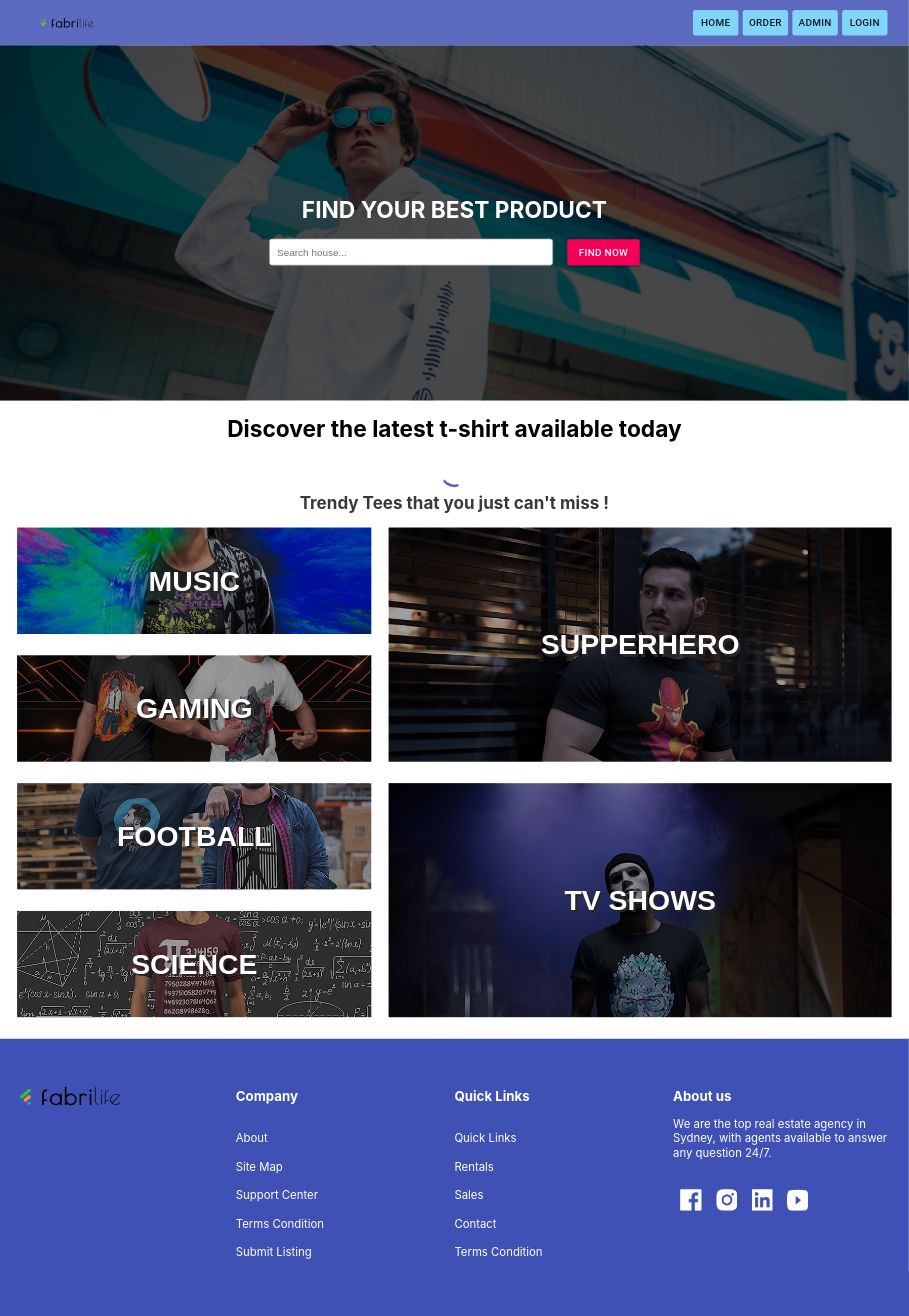
Repository: arif286/fabrilife-E-commerce-client-site
Page: /
These files come from the project's save history. The page is drawn as it stood at one moment and after the next save; the edit follows.
The browser window is 1280 px wide. The pictures show the whole page, at 71% of full size.
The page's requests for data from a server got no answer. The project was rebuilt for these pictures with package versions that can differ from the ones it lists, and the page was loaded fresh each time. No one was signed in, and anything a server would have sent is missing. Also part of the build but not shown: src/components/Admin/Admin.css, src/components/Admin/AddEvent/AddEvent.css, src/components/Admin/AddEvent/AddEvent.js, src/components/Admin/ProductManage/ProductManage.js, src/components/Admin/Sidebar/Sidebar.css, src/components/Admin/Sidebar/Sidebar.js, src/components/Admin/Admin.js, src/components/CheckOut/CheckOut.css and 10 more.

Above is the page before, as saved 2021-04-01 19:59:49.

### src/App.js
import React, { createContext, useState } from "react";
import { BrowserRouter as Router, Route, Switch } from "react-router-dom";
import Admin from "./components/Admin/Admin";
import CheckOut from "./components/CheckOut/CheckOut";
import Header from "./components/Header/Header";
import Home from "./components/Home/Home";
import Login from "./components/Login/Login";
import NoMatch from "./components/NoMatch/NoMatch";
import Order from "./components/Order/Order";
import PrivateRoute from "./components/PrivateRoute/PrivateRoute";

export const UserContext = createContext()

function App() {
  const [loggedInUser, setLoggedInUser] = useState({});
  return (
    <UserContext.Provider value={[loggedInUser, setLoggedInUser]}>
      <Router>
        <Header />
        <Switch>
          <Route path="/home">
            <Home />
          </Route>
          <PrivateRoute path="/admin">
            <Admin/>
          </PrivateRoute>
          <PrivateRoute path="/productDetails/:id">
            <CheckOut />
          </PrivateRoute>
          <PrivateRoute path='/order'>
            <Order/>
          </PrivateRoute>
          <Route path="/login">
            <Login />
          </Route>
          <Route exact path="/">
            <Home />
          </Route>
          <Route path="*">
            <NoMatch />
          </Route>
        </Switch>
      </Router>
    </UserContext.Provider>
  );
}

export default App;

### src/components/Header/Header.js
import AppBar from "@material-ui/core/AppBar";
import Button from "@material-ui/core/Button";
import { createMuiTheme, makeStyles } from "@material-ui/core/styles";
import Toolbar from "@material-ui/core/Toolbar";
import Typography from "@material-ui/core/Typography";
import React from "react";
import { NavLink } from "react-router-dom";
import logo from "../../tshirt-shop/logos/fabrilife.svg";
import "./Header.css";



const theme = createMuiTheme({
  palette: {
    primary: {
      light: "#757ce8",
      main: "#3f50b5",
      dark: "#002884",
      contrastText: "#fff",
    },
    secondary: {
      main: "#4fc3f7",
    },
  },
});
const useStyles = makeStyles((theme) => ({
  root: {
    flexGrow: 1,
  },
  menuButton: {
    marginRight: theme.spacing(2),
  },
  title: {
    flexGrow: 1,
  },
  navbar: {
    backgroundColor: "#5c6bc0",
  },
  button: {
    backgroundColor: "#81d4fa",
    marginRight: "6px",
  },
}));

const Header = () => {
  const classes = useStyles();

  return (
    <div className={classes.root}>
      <AppBar className={classes.navbar} position="static">
        <Toolbar>
          <img
            style={{ width: "80px", marginLeft: "30px" }}
            src={logo}
            alt=""
          />
          <Typography variant="h6" className={classes.title}></Typography>
          <NavLink className="header-link" to="/home">
            <Button className={classes.button}>Home</Button>
          </NavLink>
          <NavLink className="header-link" to="/order">
            <Button className={classes.button}>Order</Button>
          </NavLink>
          <NavLink className="header-link" to="/admin">
            <Button className={classes.button}>Admin</Button>
          </NavLink>
          <NavLink className="header-link" to="/login">
            <Button className={classes.button}>Login</Button>
          </NavLink>
        </Toolbar>
      </AppBar>
    </div>
  );
};

export default Header;

### src/components/Home/Home.js
import React from 'react';
import Footer from '../Footer/Footer';
import LatestProduct from '../LatestProduct/LatestProduct';
import SearchBar from '../SearchBar/SearchBar';
import Shop from '../Shop/Shop';

const Home = () => {
    return (
        <>
            <SearchBar/>
            <Shop />
            <LatestProduct />
            <Footer/>
        </>
    );
};

export default Home;

### src/components/Header/Header.css
.header-link {
  text-decoration: none;
}

### src/components/Footer/Footer.js
import { Container, Grid } from "@material-ui/core";
import React from "react";
import { NavLink } from "react-router-dom";
import Logo from "../../tshirt-shop/logos/fabrilife.svg";
import Instagram from "../../tshirt-shop/logos/Vector-1.png";
import Linkedin from "../../tshirt-shop/logos/Vector-2.png";
import YouTube from "../../tshirt-shop/logos/Vector-3.png";
import Facebook from "../../tshirt-shop/logos/Vector.png";
import "./Footer.css";

const Footer = () => {
  const company = [
    { title: "About", id: 1 },
    { title: "Site Map", id: 2 },
    { title: "Support Center", id: 3 },
    { title: "Terms Condition", id: 4 },
    { title: "Submit Listing", id: 5 },
  ];
  const links = [
    { title: "Quick Links", id: 1 },
    { title: "Rentals", id: 2 },
    { title: "Sales", id: 3 },
    { title: "Contact", id: 4 },
    { title: "Terms Condition", id: 5 },
  ];
  return (
    <footer>
      <Container>
        <Grid container>
          <Grid item xs={12} sm={6} md={3}>
            <p>
              <img className="footer-logo" src={Logo} alt="" />
            </p>
          </Grid>
          <Grid item xs={12} sm={6} md={3}>
            <h3 style={{ color: "white" }}>Company</h3>
            {company.map((name) => (
              <div key={name.id}>
                <ul className="footer-link">
                  <li>
                    <NavLink to="/" className="company-list">
                      {name.title}
                    </NavLink>
                  </li>
                </ul>
              </div>
            ))}
          </Grid>
          <Grid item xs={12} sm={6} md={3}>
            <h3 style={{ color: "white" }}>Quick Links</h3>
            {links.map((name) => (
              <div key={name.id}>
                <ul className="footer-link">
                  <li>
                    <NavLink to="/" className="company-list">
                      {name.title}
                    </NavLink>
                  </li>
                </ul>
              </div>
            ))}
          </Grid>
          <Grid item xs={12} sm={6} md={3}>
            <h3 style={{ color: "white" }}>About us</h3>
            <div>
              <p style={{ color: "white" }}>
                We are the top real estate agency in Sydney, with agents
                available to answer any question 24/7.
              </p>
              <div className="social-link">
                <p>
                  <a href="/">
                    <img className="social-img" src={Facebook} alt="" />
                  </a>
                </p>
                <p className="social-link">
                  <a href="/">
                    <img className="social-img" src={Instagram} alt="" />
                  </a>
                </p>
                <p>
                  <a href="/">
                    <img className="social-img" src={Linkedin} alt="" />
                  </a>
                </p>
                <p>
                  <a href="/">
                    <img className="social-img" src={YouTube} alt="" />
                  </a>
                </p>
              </div>
            </div>
          </Grid>
        </Grid>
      </Container>
    </footer>
  );
};

export default Footer;

### src/components/LatestProduct/LatestProduct.js
import { Container, Grid } from '@material-ui/core';
import React from 'react';
import { NavLink } from 'react-router-dom';
import './LatestProduct.css';

const LatestProduct = () => {
    return (
      <Container>
        <h2 style={{ textAlign: "center", color: "#373a3c", marginTop:'40px'}}>
          Trendy Tees that you just can't miss !
        </h2>
        <Grid container spacing={3}>
          <Grid item md={5} sm={12}>
            <div className="music latest-product">
              <NavLink className="img-link" to="/">
                <div className="image-title">
                  <h1>music</h1>
                </div>
              </NavLink>
            </div>
            <div className="gaming latest-product">
              <NavLink className="img-link" to="/">
                <div className="image-title">
                  <h1>gaming</h1>
                </div>
              </NavLink>
            </div>
            <div className="football latest-product">
              <NavLink className="img-link" to="/">
                <div className="image-title">
                  <h1>football</h1>
                </div>
              </NavLink>
            </div>
            <div className="science latest-product">
              <NavLink className="img-link" to="/">
                <div className="image-title">
                  <h1>science</h1>
                </div>
              </NavLink>
            </div>
          </Grid>
          <Grid item sm={12} md={7}>
            <div className="supperHero latest-product">
              <NavLink className="img-link" to="/">
                <div className="image-title">
                  <h1>supperHero</h1>
                </div>
              </NavLink>
            </div>
            <div className="shows latest-product">
              <NavLink className="img-link" to="/">
                <div className="image-title">
                  <h1>Tv shows</h1>
                </div>
              </NavLink>
            </div>
          </Grid>
        </Grid>
      </Container>
    );
};

export default LatestProduct;

### src/components/SearchBar/SearchBar.js
import { Button } from "@material-ui/core";
import React from "react";
import "./SearchBar.css";

const SearchBar = () => {
  return (
    <div className="bgImage">
      <div className="search-bar">
        <h1>Find your best product</h1>
        <div className="search-bar">
          <input placeholder="Search house..." type="text" />
          <Button color="secondary" variant="contained">
            Find Now
          </Button>
        </div>
      </div>
    </div>
  );
};

export default SearchBar;

### src/components/Shop/Shop.js
import { Container, Grid } from "@material-ui/core";
import CircularProgress from "@material-ui/core/CircularProgress";
import axios from "axios";
import React, { useEffect, useState } from "react";
import ShopCard from "./ShopCard/ShopCard";

const Shop = () => {
     const [event, setEvent] = useState([]);

     useEffect(() => {
       axios
         .get("https://lychee-custard-24286.herokuapp.com/event")
         .then((res) => setEvent(res.data))
         .catch((error) => console.log(error));
     }, []);

    return (
      <div>
        <Container>
          <Grid container direction="column" alignItems="center">
            <h1> Discover the latest t-shirt available today</h1>
            {event.length === 0 && <CircularProgress />}
          </Grid>
          <Grid container spacing={4}>
            {event.map((product, index) => (
              <Grid item xs={12} sm={6} md={4}>
                <ShopCard product={product} key={index} />
              </Grid>
            ))}
          </Grid>
        </Container>
      </div>
    );
};

export default Shop;

### src/components/Footer/Footer.css
footer {
  background-color: #3f51b5;
  padding-top: 50px;
  padding-bottom: 80px;
}
.footer-logo {
  width: 150px;
}
.footer-link {
  list-style: none;
  display: inline;
}
.company-list {
  text-decoration: none;
  color: white;
}
.company-list:hover {
  color: hotpink;
}
.social-link {
  display: flex;
}

.social-img {
  width: 30px;
  height: 30px;
}

.social-link p {
  padding: 10px;
  display: inline;
}

.social-link p a img:hover {
  background-color: aqua;
}

### src/components/LatestProduct/LatestProduct.css
.music {
  background-image: url("../../tshirt-shop/images/music-min.jpg");
  height: 150px;
}
.latest-product {
  background-repeat: no-repeat;
  background-size: cover;
  position: relative;
  overflow: hidden;
  margin-bottom: 30px;
}
.gaming {
  background-image: url("../../tshirt-shop//images/gaming-min.jpg");
  height: 150px;
}
.football {
  background-image: url("../../tshirt-shop/images/football-min.jpg");
  height: 150px;
}
.science {
  background-image: url("../../tshirt-shop/images/science-min.jpg");
  height: 150px;
}
.supperHero {
  background-image: url("../../tshirt-shop/images/superhero-min.jpg");

  height: 330px;
}
.shows {
  background-image: url("../../tshirt-shop/images/tv-min.jpg");
  height: 330px;
}

.img-link {
  top: 0;
  left: 0;
  display: block;
  overflow: hidden;
  height: 100%;
  width: 100%;
  position: absolute;
  background: #00000061;
}
.image-title {
  position: absolute;
  top: 50%;
  width: 100%;
  text-align: center;
  transform: translateY(-50%);
}
.image-title h1 {
  padding: 10px;
  color: white;
  font-size: 2.5rem;
  text-transform: uppercase;
  font-family: "Fjalla One", sans-serif;
  text-shadow: 3px 3px #272525;
}

### src/components/SearchBar/SearchBar.css
.bgImage {
  background-image: linear-gradient(#000000b3, #000000b3),
    url("../../tshirt-shop/images/websiteheader2.png") !important;
  background-repeat: no-repeat;
  background-size: cover;
  min-height: 500px;
  width: 100%;
  display: flex;
  justify-content: center;
  align-items: center;
}
.search-bar h1 {
  color: white;
  text-transform: uppercase;
}
.search-bar input {
  min-width: 400px;
  display: inline-block;
  box-sizing: border-box;
  padding: 10px;
  border-radius: 4px;
  font-size: 14px;
  border: 1px solid #999999;
  outline: none;
  margin-right: 20px;
}
.search-bar {
  text-align: center;
}

Loaded but not shown: public/index.html (common file); src/index.js (common file); src/index.css (common file); src/reportWebVitals.js (common file); src/components/Shop/ShopCard/ShopCard.css (no stored copy; drawn as an empty file)

After the next save:
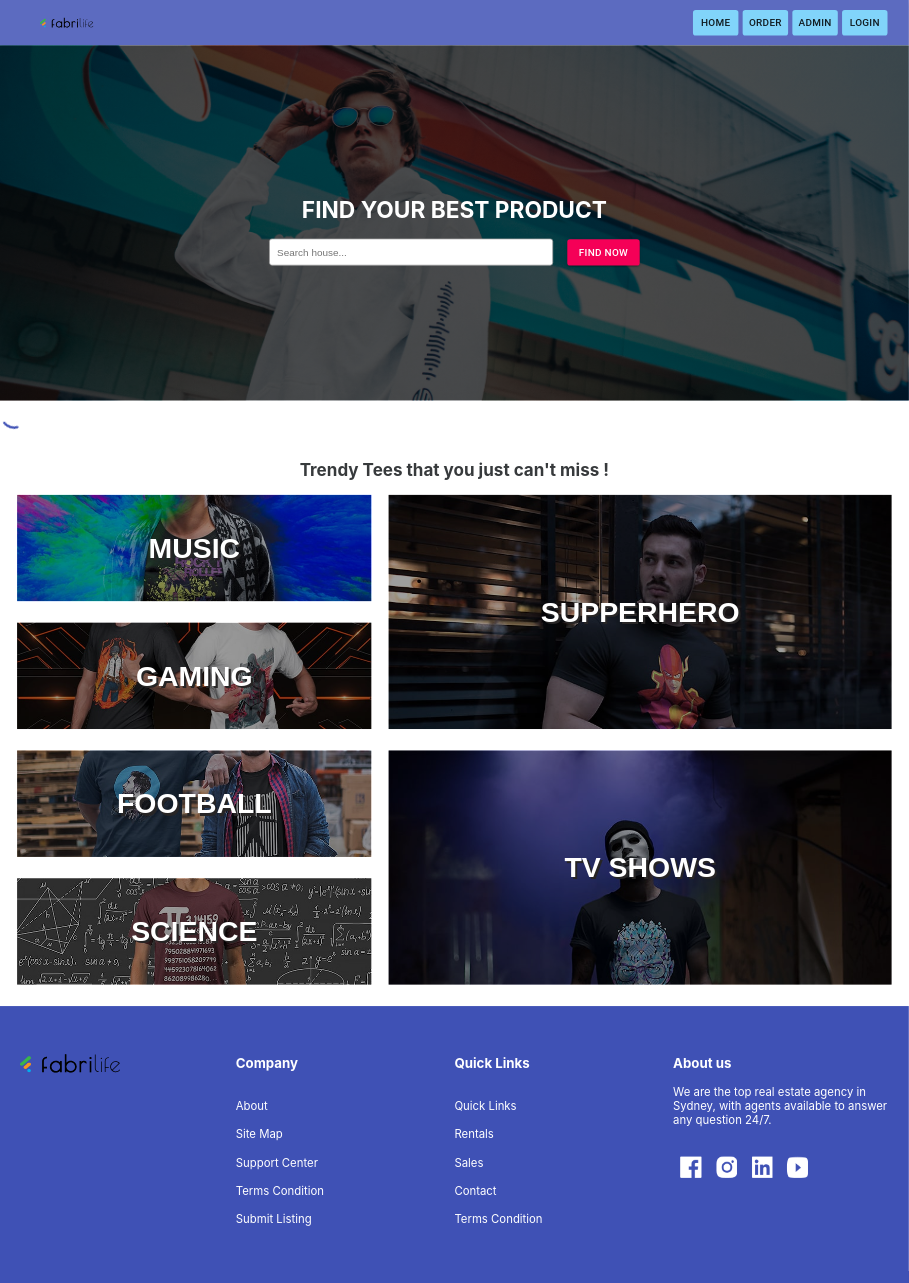
Saved 115 s later.
--- a/src/components/Shop/Shop.js
+++ b/src/components/Shop/Shop.js
@@ -16,19 +16,22 @@
 
     return (
       <div>
-        <Container>
-          <Grid container direction="column" alignItems="center">
-            <h1> Discover the latest t-shirt available today</h1>
-            {event.length === 0 && <CircularProgress />}
-          </Grid>
-          <Grid container spacing={4}>
-            {event.map((product, index) => (
-              <Grid item xs={12} sm={6} md={4}>
-                <ShopCard product={product} key={index} />
-              </Grid>
-            ))}
-          </Grid>
-        </Container>
+        {event.length === 0 ? (
+          <CircularProgress />
+        ) : (
+          <Container>
+            <Grid container direction="column" alignItems="center">
+              <h1> Discover the latest t-shirt available today</h1>
+            </Grid>
+            <Grid container spacing={4}>
+              {event.map((product, index) => (
+                <Grid item xs={12} sm={6} md={4}>
+                  <ShopCard product={product} key={index} />
+                </Grid>
+              ))}
+            </Grid>
+          </Container>
+        )}
       </div>
     );
 };
